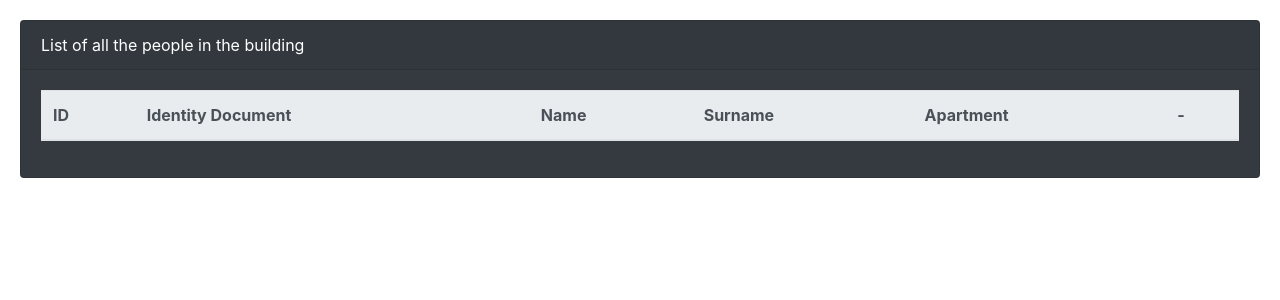
Repository: JMarJus/TalleresDUAL_2
Page: http://localhost/people
The author's editor kept a copy of each file at every save. The page is drawn from the files as they stood at one save, then again after the next save.
The browser window is 1280 px wide. The pictures show the whole page.
The page is this project's Thymeleaf template; nobody is signed in. The template is opened directly, without the code that normally fills it, so the values that code supplies are empty.

Above is the page before, as saved 2023-12-25 15:21:56.
Console error: TypeError: Cannot read properties of undefined (reading 'fn')

After the next save:
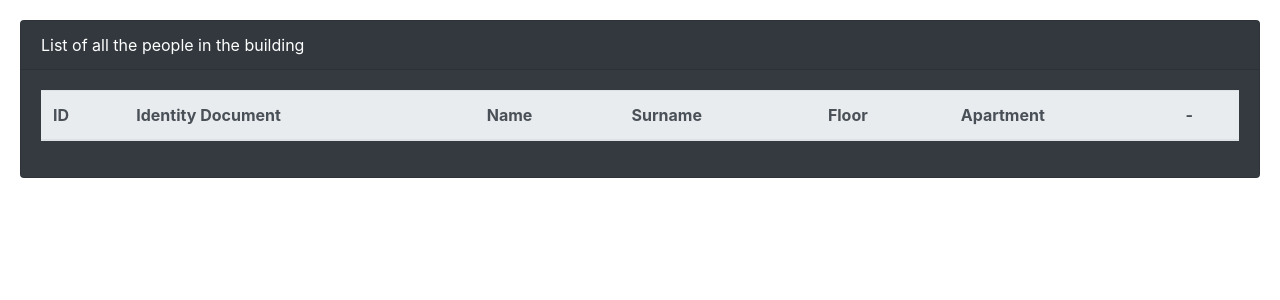
Saved 9 s later.
--- a/spring01/src/main/resources/templates/people.html
+++ b/spring01/src/main/resources/templates/people.html
@@ -17,6 +17,7 @@
 							<th scope="col">Identity Document</th>
 							<th scope="col">Name</th>
 							<th scope="col">Surname</th>
+							<th scope="col">Floor</th>
 							<th scope="col">Apartment</th>
 							<th scope="col">-</th>
 						</tr>
@@ -28,8 +29,8 @@
 								<td scope="row" th:text="${person.identityDoc}"/>
 								<td scope="row" th:text="${person.name}"/>
 								<td scope="row" th:text="${person.surname}"/>
+								<td scope="row" th:text="${@{/postPersonFloor}}"/>
 								<td scope="row" th:text="${@{/postPersonApartment}}"/>
-								<td scope="row" th:text="${@{/postPersonFloor}}"/>
 								<td scope="row">
 									<form th:action="@{/postRemovePerson}" method="post">
 										<button type="submit" id="btnRemovePerson" name="identityDoc" th:value="${person.identityDoc}" class="btn btn-danger">X</button>
